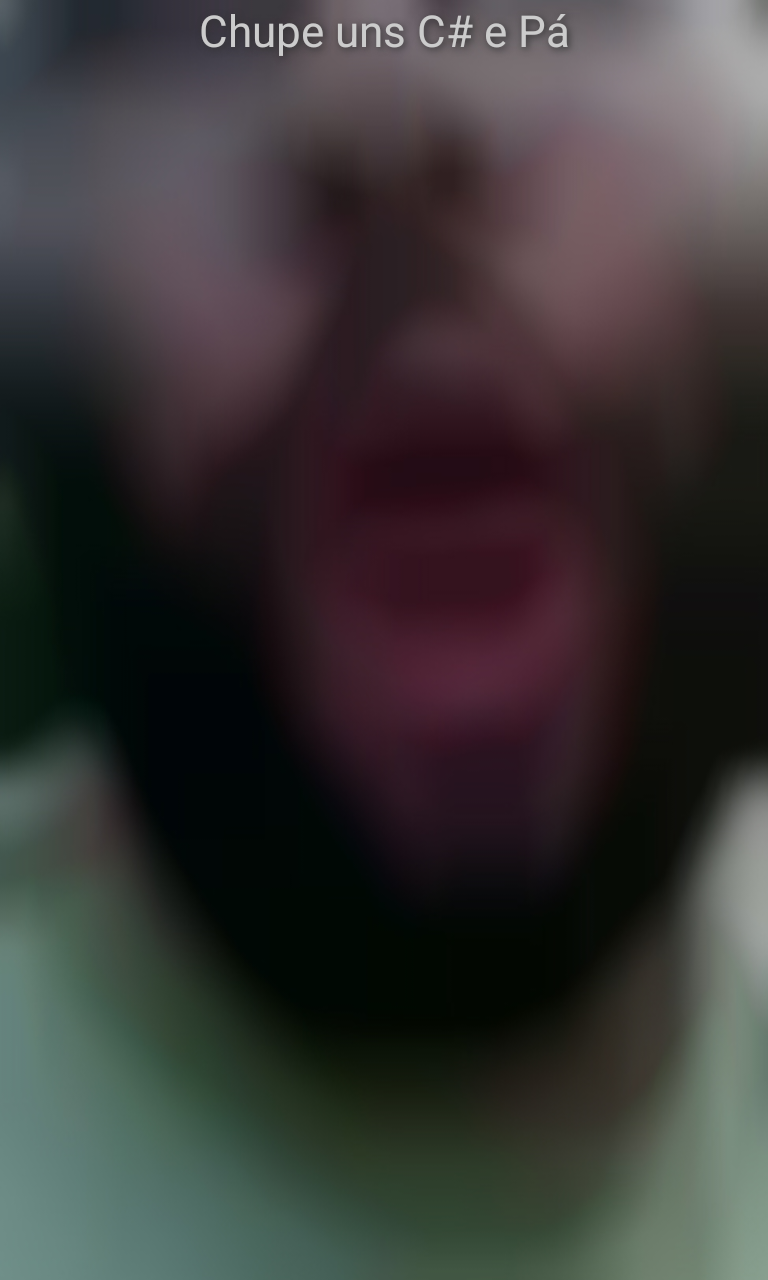
Repository: Cookahn/bioca_sounds
Layout: ChicoBiocaApp/res/layout/remix_activity.xml
An editor plug-in stored every save of this project. The layout is shown before and after the next save, followed by the edit.
It is drawn on a 768 x 1280 px phone screen (xhdpi) without system bars, with theme AppTheme; the app's code is not run.

Above is the layout before, as saved 2014-08-13 14:31:33.

After the next save:
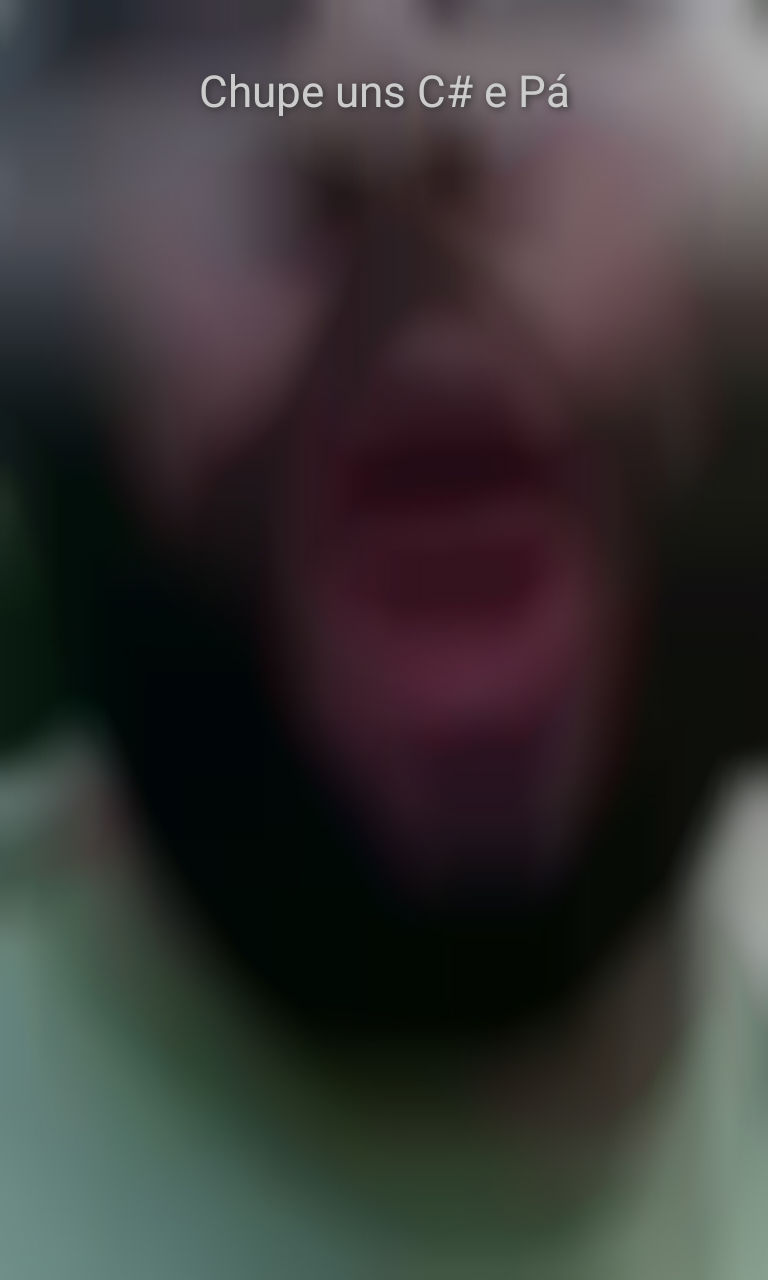
Saved 3 min 54 s later.
--- a/ChicoBiocaApp/res/layout/remix_activity.xml
+++ b/ChicoBiocaApp/res/layout/remix_activity.xml
@@ -9,7 +9,7 @@
         android:id="@+id/text_bioca"
         android:layout_width="match_parent"
         android:layout_height="50dp"
-        android:layout_marginBottom="30dp"
+        android:layout_margin="30dp"
         android:gravity="center_horizontal"
         android:shadowColor="#333"
         android:shadowDx="2"
